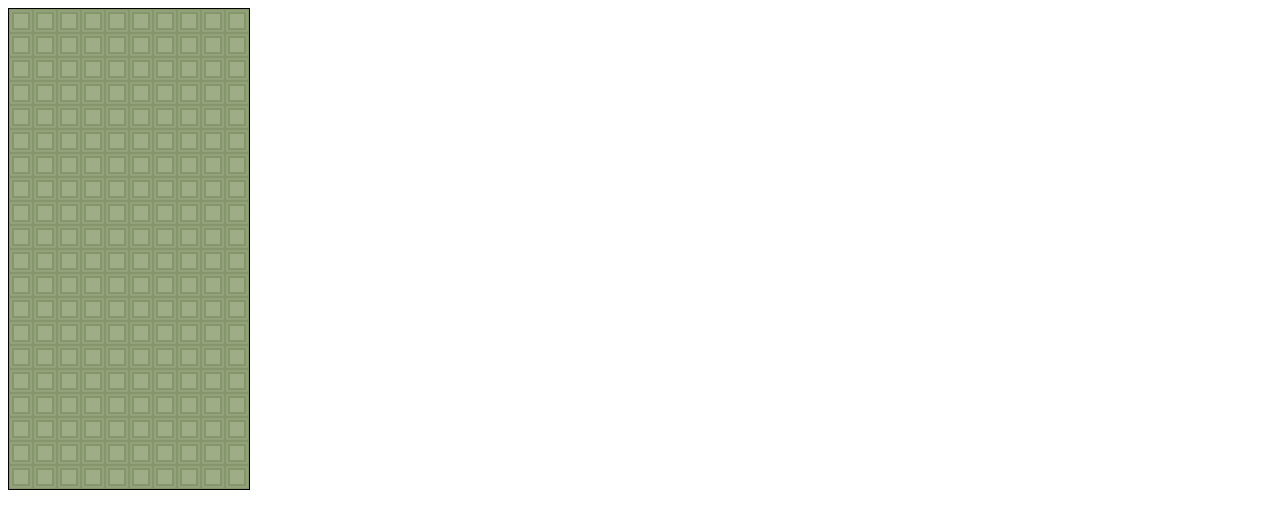
Repository: yzarc204/tetris-web
Page: index.html
An editor plug-in stored every save of this project. The page is shown before and after the next save, followed by the edit.
The browser window is 1280 px wide. The pictures show the whole page.

Above is the page before, as saved 2021-09-20 19:02:18.

After the next save:
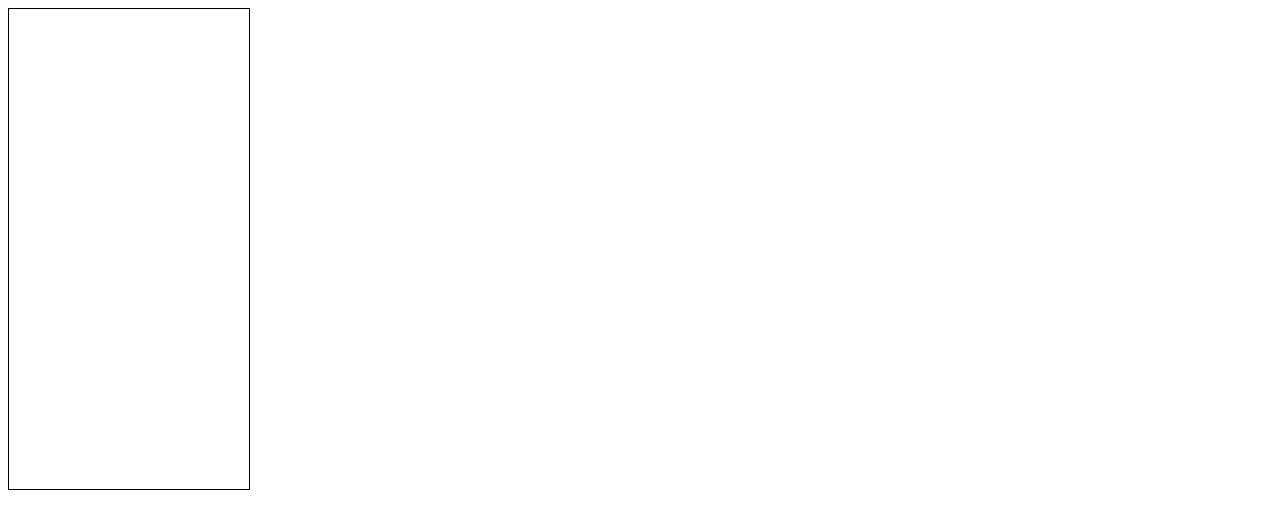
Console error: ReferenceError: Cannot access 'tetris' before initialization
Saved 27 s later.
--- a/js/game.js
+++ b/js/game.js
@@ -22,6 +22,7 @@
 
     startGame() {
         this.board = new Board(this);
+        this.pixel = new Pixel(tetris, 0, 4, PIXEL_COLOR);
     }
 
     clrscr() {

After the 2 saves that followed:
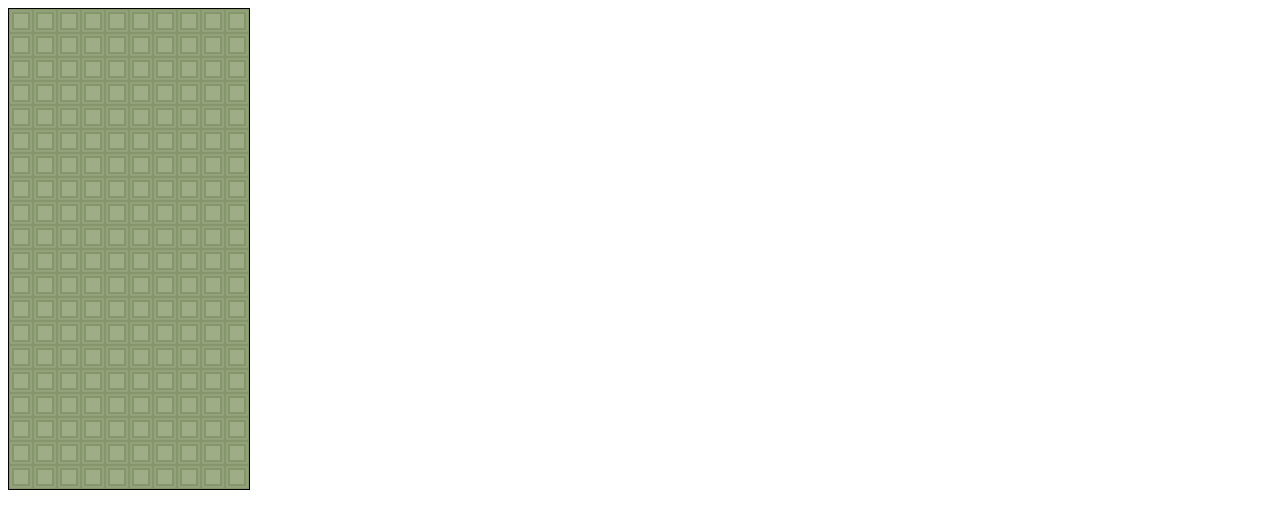
The error is gone.
The 2 saves are shown as one change because 1 left the picture as it was.
The last was saved 23 s later.
--- a/js/game.js
+++ b/js/game.js
@@ -22,7 +22,7 @@
 
     startGame() {
         this.board = new Board(this);
-        this.pixel = new Pixel(tetris, 0, 4, PIXEL_COLOR);
+        this.pixel = new Pixel(this, 0, 4, PIXEL_COLOR);
     }
 
     clrscr() {
@@ -37,6 +37,7 @@
     }
 
     update() {
+        this.pixel.fall();
     }
 
     draw() {
